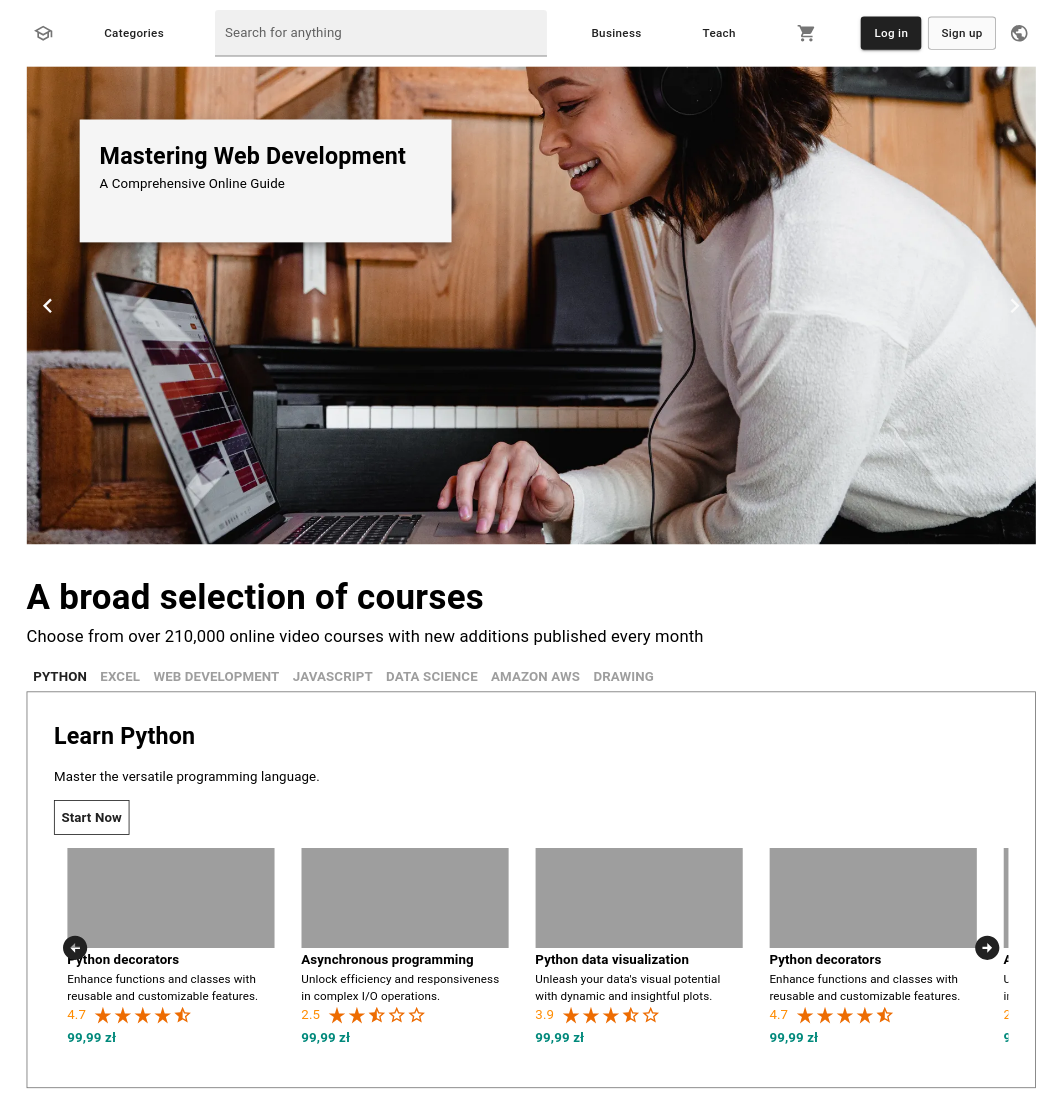
Repository: princ3-web/academy
Page: /
An editor plug-in stored every save of this project. The page is shown before and after the next save, followed by the edit.
The browser window is 1280 px wide. The pictures show the whole page, at 83% of full size.
Pictures or frames that could not be fetched are drawn as grey boxes. The project was rebuilt for these pictures with package versions that can differ from the ones it lists, and the page was loaded fresh each time. Also part of the build but not shown: vite.config.js, src/pages/Courses.jsx, src/pages/Business.jsx, src/pages/Teach.jsx.

Above is the page before, as saved 2023-07-10 12:51:57.

After the next save:
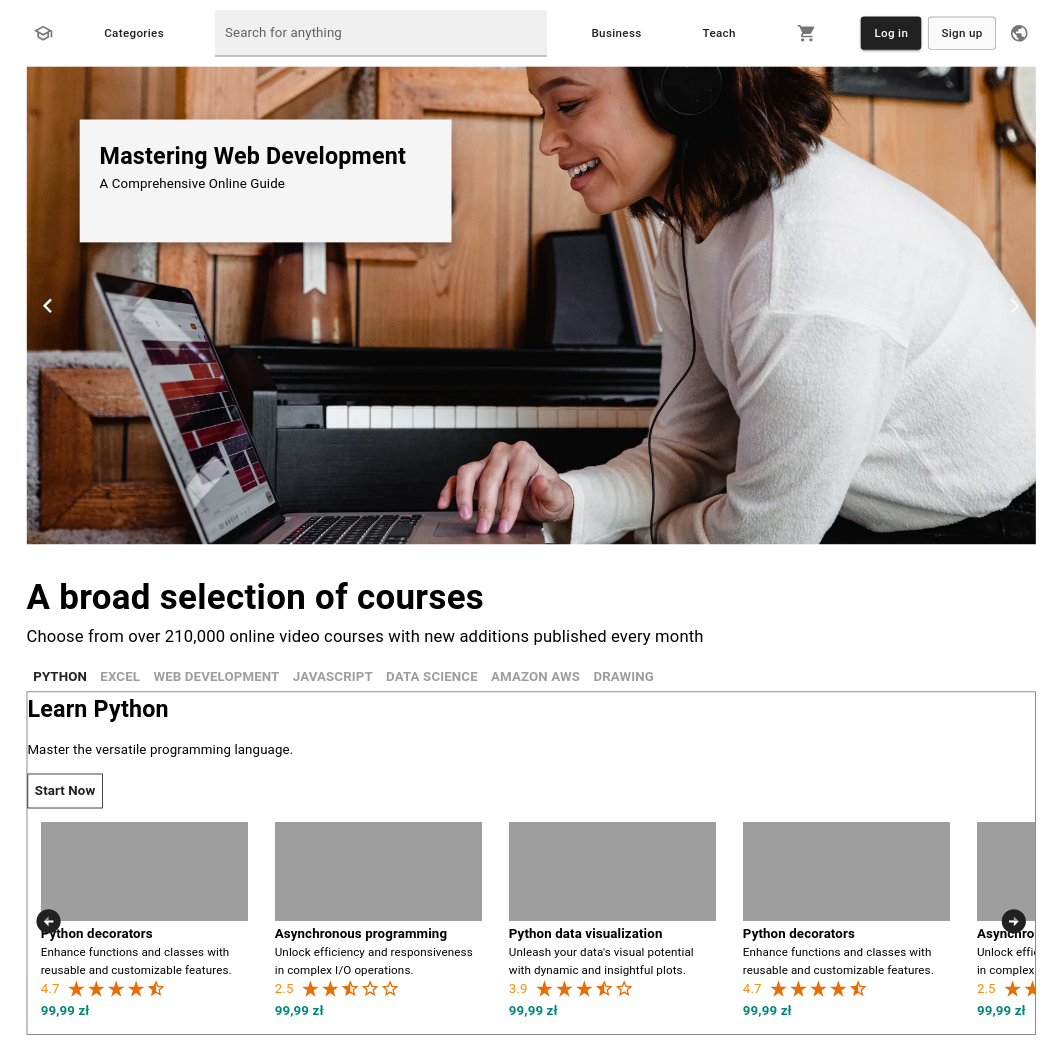
Saved 26 s later.
--- a/src/components/ItemSelector.jsx
+++ b/src/components/ItemSelector.jsx
@@ -26,7 +26,7 @@
           </Button>
         ))}
       </Box>
-        <Box padding={4} border={"1px solid" + grey[600]}>
+        <Box  border={"1px solid" + grey[600]}>
           <Typography fontWeight={600} fontSize={28}>
             {elements[selectedItem].title}
           </Typography>

After the save that followed:
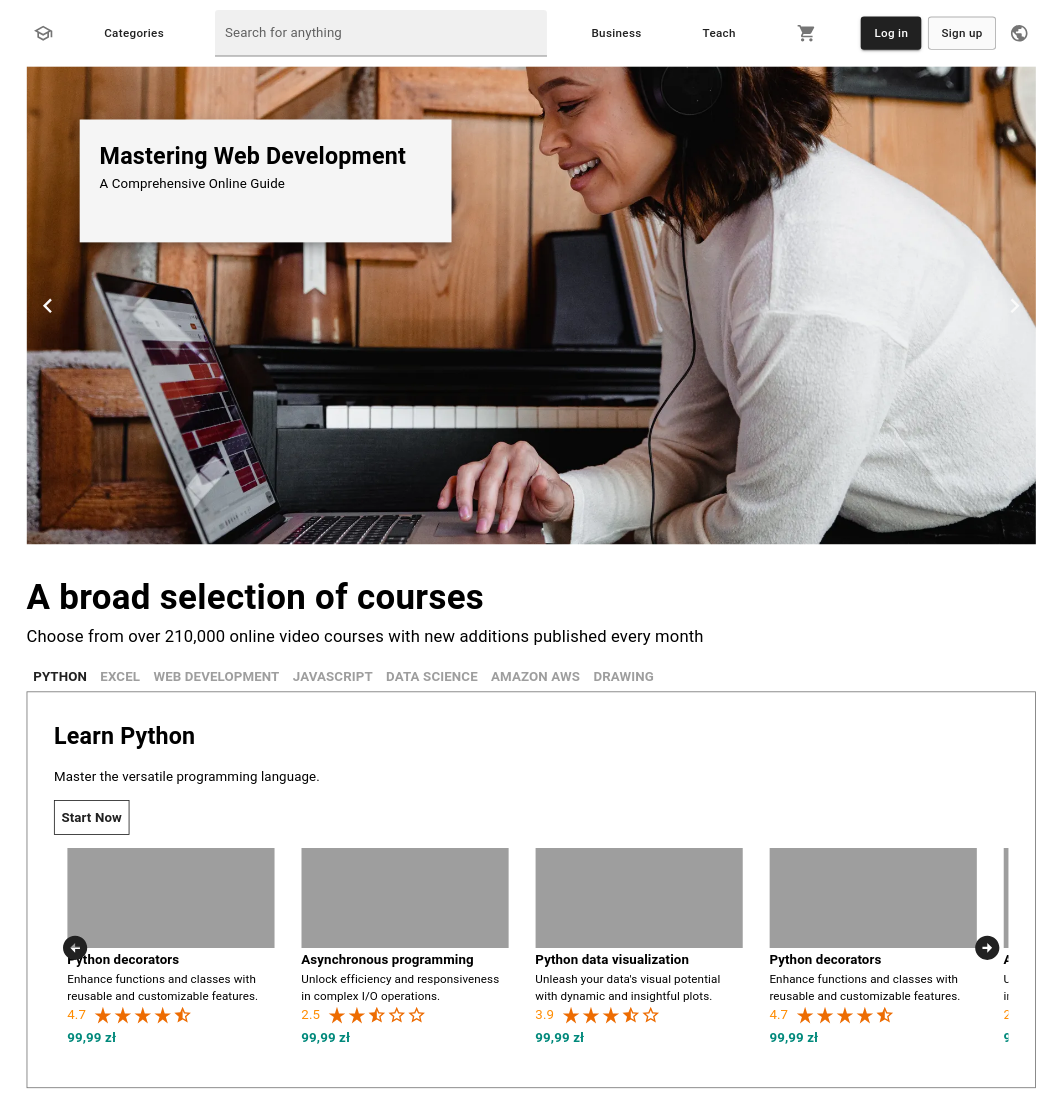
Saved 2 s later.
--- a/src/components/ItemSelector.jsx
+++ b/src/components/ItemSelector.jsx
@@ -26,7 +26,7 @@
           </Button>
         ))}
       </Box>
-        <Box  border={"1px solid" + grey[600]}>
+        <Box padding={4} border={"1px solid" + grey[600]}>
           <Typography fontWeight={600} fontSize={28}>
             {elements[selectedItem].title}
           </Typography>
